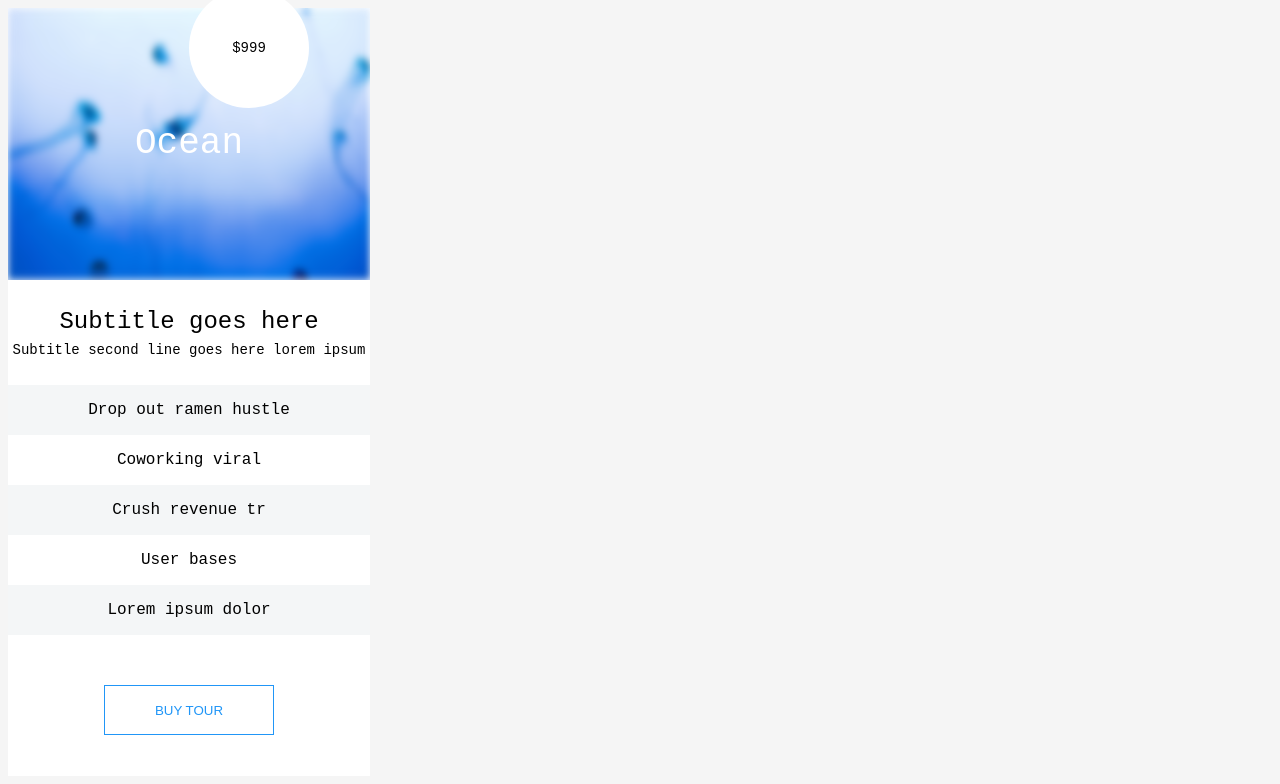
Repository: HoanTiny/pricetable
Page: index.html
The author's editor kept a copy of each file at every save. The page is drawn from the files as they stood at one save, then again after the next save.
The browser window is 1280 px wide. The pictures show the whole page.

Above is the page before, as saved 2022-07-04 10:28:10.

### index.html
<!DOCTYPE html>
<html lang="en">
    <head>
        <meta charset="UTF-8" />
        <meta http-equiv="X-UA-Compatible" content="IE=edge" />
        <meta name="viewport" content="width=device-width, initial-scale=1.0" />
        <title>PriceTable</title>
        <link rel="stylesheet" href="./assests/css/style.css" />
    </head>
    <body>
        <div class="container">
            <div class="price-table">
                <div class="img">
                    <img src="./assests/img/ocean.png" alt="logo" />
                    <span>Ocean</span>
                </div>
                <div class="title">
                    <div class="title_header">
                        <p>Subtitle goes here</p>
                        <span>Subtitle second line goes here lorem ipsum</span>
                    </div>
                    <div class="title_list">
                        <ul>
                            <li>Drop out ramen hustle</li>
                            <li>Coworking viral</li>
                            <li>Crush revenue tr</li>
                            <li>User bases</li>
                            <li>Lorem ipsum dolor</li>
                        </ul>
                    </div>
                    <div class="title_btn">
                        <button type="">Buy Tour</button>
                    </div>
                    <div class="price">$999</div>
                </div>
            </div>
        </div>
    </body>
</html>

### assests/css/style.css
body {
    background-color: #f5f5f5;
    font-family: "Courier New", Courier, monospace;
    font-size: 14px;
    line-height: 1.5;
}

* {
    box-sizing: border-box;
}

.container {
    display: flex;
}

.price-table {
    width: 362px;
    height: 768px;
    background-color: #fff;
    position: relative;
}

.img {
    position: relative;
    height: 272px;
    width: 100%;
}

.img span {
    position: absolute;
    top: 50%;
    left: 50%;
    transform: translate(-50%, -50%);
    font-size: 36px;
    color: #fff;
}

img {
    width: 100%;
    height: 100%;
}

.title_header {
    text-align: center;
    margin: 24px 0;
}

.title_header p {
    font-size: 24px;
    margin: 0;
}

.title_header span {
    font-size: 14px;
}

.title_list ul {
    text-align: center;
    padding-left: 0;
    list-style: none;
}

.title_list ul li {
    font-size: 16px;
    height: 50px;
    line-height: 50px;
}

.title_list ul li:nth-child(odd) {
    background-color: #f4f6f7;
}

.title_btn {
    margin-top: 50px;
    text-align: center;
}

.title_btn button {
    width: 170px;
    height: 50px;
    border: 1px solid #2196f7;
    background-color: #fff;
    text-transform: uppercase;
    color: #2196f7;
}

.price {
    position: absolute;
    top: -20px;
    left: 50%;
    width: 120px;
    height: 120px;
    border-radius: 50%;
    background-color: #fff;
    display: flex;
    justify-content: center;
    align-items: center;
}

After the next save:
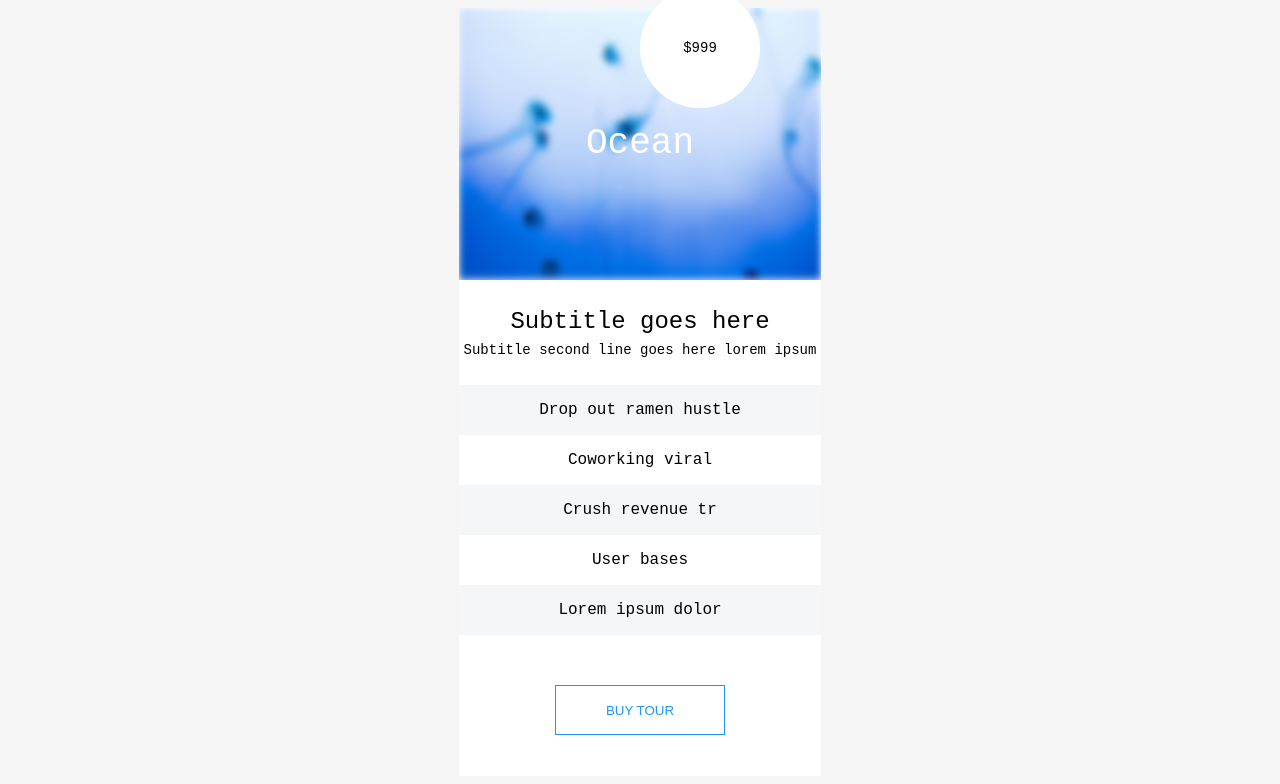
Saved 21 s later.
--- a/assests/css/style.css
+++ b/assests/css/style.css
@@ -3,6 +3,10 @@ body {
     font-family: "Courier New", Courier, monospace;
     font-size: 14px;
     line-height: 1.5;
+    min-height: 100vh;
+    display: flex;
+    justify-content: center;
+    align-items: center;
 }
 
 * {
